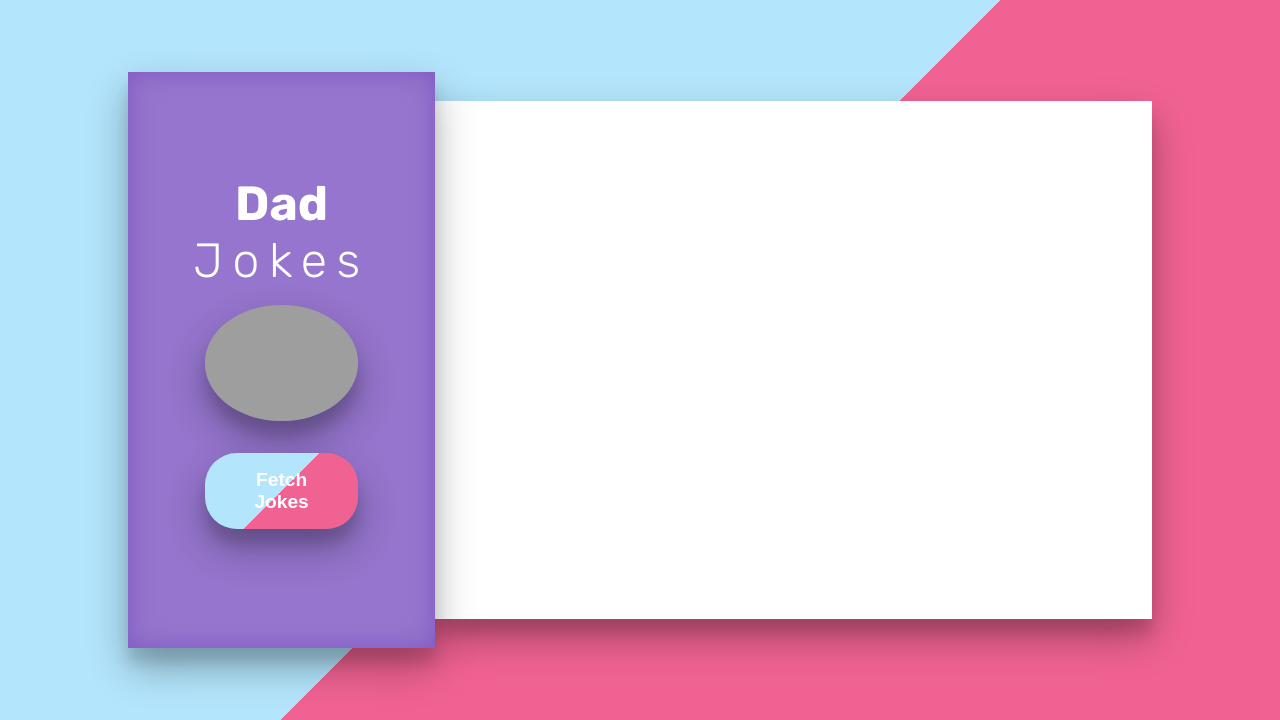
Repository: zhapar/dad-jokes
Page: /
The author's editor kept a copy of each file at every save. The page is drawn from the files as they stood at one save, then again after the next save.
The browser window is 1280 px wide. The pictures show the whole page.
The pointer rests on the first visible `.JokeList-sidebar img`.
Pictures or frames that could not be fetched are drawn as grey boxes. The page's requests for data from a server got no answer. The project was rebuilt for these pictures with package versions that can differ from the ones it lists, and the page was loaded fresh each time. No one was signed in, and anything a server would have sent is missing. Also part of the build but not shown: src/Joke.css, src/Joke.js.

Above is the page before, as saved 2020-08-30 16:00:18.

### src/App.js
import React from "react";
import JokeList from "./JokeList";
import "./App.css";

function App() {
  return (
    <div className="App">
      <JokeList />
    </div>
  );
}

export default App;

### src/JokeList.js
import React, { Component } from "react";
import Joke from "./Joke";
import axios from "axios";
import { v4 as uuid } from "uuid";
import "./JokeList.css";

class JokeList extends Component {
  static defaultProps = {
    numJokesToGet: 10,
  };

  constructor(props) {
    super(props);
    this.state = {
      loading: false,
      jokes: JSON.parse(window.localStorage.getItem("jokes") || "[]"),
    };
    this.seenJokes = new Set(this.state.jokes.map((j) => j.text));
    this.handleClick = this.handleClick.bind(this);
  }

  componentDidMount() {
    if (this.state.jokes.length === 0) {
      this.getJokes();
    }
  }

  async getJokes() {
    try {
      let jokes = [];
      while (jokes.length < this.props.numJokesToGet) {
        let res = await axios.get("https://icanhazdadjoke.com/", {
          headers: { Accept: "application/json" },
        });
        const newJoke = res.data.joke;
        if (!this.seenJokes.has(newJoke)) {
          jokes.push({ id: uuid(), text: newJoke, votes: 0 });
        } else {
          console.log(`It's duplicate: ${newJoke}`);
        }
      }
      this.setState(
        (st) => ({
          loading: false,
          jokes: [...st.jokes, ...jokes],
        }),
        () => {
          window.localStorage.setItem(
            "jokes",
            JSON.stringify(this.state.jokes)
          );
        }
      );
    } catch (e) {
      alert(e);
    }
  }

  handleVote(id, delta) {
    this.setState(
      (st) => ({
        jokes: st.jokes.map((j) =>
          j.id === id ? { ...j, votes: j.votes + delta } : j
        ),
      }),
      () => {
        window.localStorage.setItem("jokes", JSON.stringify(this.state.jokes));
      }
    );
  }

  handleClick() {
    this.setState({ loading: true }, this.getJokes);
  }

  render() {
    if (this.state.loading) {
      return (
        <div className="JokeList-spinner">
          <i className="far fa-laugh fa-8x fa-spin"></i>
          <h1 className="JokeList-title">Loading...</h1>
        </div>
      );
    }
    let jokes = this.state.jokes.sort((a, b) => b.votes - a.votes);
    return (
      <div className="JokeList">
        <div className="JokeList-sidebar">
          <h1 className="JokeList-title">
            <span>Dad</span> Jokes
          </h1>
          <img
            src="https://assets.dryicons.com/uploads/icon/svg/8927/0eb14c71-38f2-433a-bfc8-23d9c99b3647.svg"
            alt="Smiling"
          />
          <button className="JokeList-getmore" onClick={this.handleClick}>
            Fetch Jokes
          </button>
        </div>
        <div className="JokeList-jokes">
          {jokes.map((j) => (
            <Joke
              key={j.id}
              text={j.text}
              votes={j.votes}
              upvote={() => this.handleVote(j.id, 1)}
              downvote={() => this.handleVote(j.id, -1)}
            />
          ))}
        </div>
      </div>
    );
  }
}

export default JokeList;

### src/App.css
@import url('https://fonts.googleapis.com/css2?family=Rubik:wght@300;400;700&display=swap');

.App {
  display: flex;
  justify-content: center;
  align-items: center;
  height: 100vh;
  font-family: 'Rubik', sans-serif;
  color: #78909c;
  background: linear-gradient(135deg,
      rgba(179, 229, 252, 1) 0%,
      rgba(179, 229, 252, 1) 50%,
      rgba(240, 98, 146, 1) 50%,
      rgba(240, 98, 146, 1) 100%);
}

### src/JokeList.css
.JokeList {
  display: flex;
  width: 80%;
  height: 80%;
}

.JokeList-sidebar {
  background-color: #9575cd;
  display: flex;
  flex-direction: column;
  justify-content: center;
  align-items: center;
  width: 30%;
  text-align: center;
  box-shadow: 0 19px 38px rgba(0, 0, 0, .3), 0 15px 12px rgba(0, 0, 0, .1), inset 0 0 25px #7e57c2;
  z-index: 1;
}

.JokeList-title {
  font-size: 3rem;
  margin: 1rem;
  color: #ffffff;
  font-weight: 300;
  letter-spacing: 0.6rem;
}

.JokeList-title span {
  font-weight: 700;
  letter-spacing: 0;
}

.JokeList-sidebar img {
  width: 50%;
  box-shadow: 0 19px 38px rgba(0, 0, 0, 0.3), 0 15px 12px rgba(0, 0, 0, 0.1);
  border-radius: 50%;
}

.JokeList-jokes {
  height: 90%;
  background: #ffffff;
  align-self: center;
  width: 70%;
  overflow-y: scroll;
  box-shadow: 0 19px 38px rgba(0, 0, 0, 0.3), 0 15px 12px rgba(0, 0, 0, 0.1);
}

.JokeList-spinner {
  color: #fff;
  text-align: center;
}

.JokeList-getmore {
  width: 50%;
  font-size: 1.2rem;
  margin: 2rem;
  padding: 1rem 2rem;
  border-radius: 2rem;
  word-spacing: 0.5rem;
  border: none;
  outline: none;
  color: #ffffff;
  cursor: pointer;
  transition: 0.8s cubic-bezier(0.2, 1, 0.2, 1);
  font-weight: 700;
  box-shadow: 0 19px 38px rgba(0, 0, 0, 0.3), 0 15px 12px rgba(0, 0, 0, 0.1);
  background: linear-gradient(135deg,
      rgba(179, 229, 252, 1) 0%,
      rgba(179, 229, 252, 1) 50%,
      rgba(240, 98, 146, 1) 50%,
      rgba(240, 98, 146, 1) 100%);
}

.JokeList-getmore:hover {
  box-shadow: 0 15px 30px rgba(0, 0, 0, 0.25);
  transform: translateY(-2px);
}

@keyframes shake-slow {
  0% {
    transform: translate(0px, 0px) rotate(0deg);
  }

  2% {
    transform: translate(5px, -6px) rotate(3.5deg);
  }

  4% {
    transform: translate(1px, -4px) rotate(2.5deg);
  }

  6% {
    transform: translate(-4px, -6px) rotate(0.5deg);
  }

  8% {
    transform: translate(2px, -9px) rotate(-0.5deg);
  }

  10% {
    transform: translate(5px, -5px) rotate(0.5deg);
  }

  12% {
    transform: translate(6px, 1px) rotate(0.5deg);
  }

  14% {
    transform: translate(5px, 2px) rotate(-1.5deg);
  }

  16% {
    transform: translate(8px, -6px) rotate(-0.5deg);
  }

  18% {
    transform: translate(-6px, -6px) rotate(3.5deg);
  }

  20% {
    transform: translate(-8px, 7px) rotate(-1.5deg);
  }

  22% {
    transform: translate(3px, 9px) rotate(1.5deg);
  }

  24% {
    transform: translate(-7px, 6px) rotate(3.5deg);
  }

  26% {
    transform: translate(9px, -5px) rotate(1.5deg);
  }

  28% {
    transform: translate(10px, 1px) rotate(-1.5deg);
  }

  30% {
    transform: translate(-8px, 5px) rotate(3.5deg);
  }

  32% {
    transform: translate(-9px, 5px) rotate(-1.5deg);
  }

  34% {
    transform: translate(-6px, 8px) rotate(0.5deg);
  }

  36% {
    transform: translate(6px, -2px) rotate(0.5deg);
  }

  38% {
    transform: translate(3px, 3px) rotate(3.5deg);
  }

  40% {
    transform: translate(6px, 10px) rotate(-1.5deg);
  }

  42% {
    transform: translate(2px, -2px) rotate(1.5deg);
  }

  44% {
    transform: translate(-6px, 8px) rotate(-0.5deg);
  }

  46% {
    transform: translate(-5px, 9px) rotate(-2.5deg);
  }

  48% {
    transform: translate(-4px, 2px) rotate(3.5deg);
  }

  50% {
    transform: translate(-9px, -3px) rotate(-1.5deg);
  }

  52% {
    transform: translate(3px, -2px) rotate(1.5deg);
  }

  54% {
    transform: translate(10px, 8px) rotate(3.5deg);
  }

  56% {
    transform: translate(7px, 8px) rotate(0.5deg);
  }

  58% {
    transform: translate(-4px, -3px) rotate(-0.5deg);
  }

  60% {
    transform: translate(9px, -4px) rotate(-1.5deg);
  }

  62% {
    transform: translate(-8px, -6px) rotate(1.5deg);
  }

  64% {
    transform: translate(-1px, -2px) rotate(3.5deg);
  }

  66% {
    transform: translate(0px, -8px) rotate(0.5deg);
  }

  68% {
    transform: translate(8px, -7px) rotate(0.5deg);
  }

  70% {
    transform: translate(3px, 4px) rotate(1.5deg);
  }

  72% {
    transform: translate(3px, 2px) rotate(1.5deg);
  }

  74% {
    transform: translate(-5px, -9px) rotate(0.5deg);
  }

  76% {
    transform: translate(1px, -8px) rotate(2.5deg);
  }

  78% {
    transform: translate(3px, 7px) rotate(-1.5deg);
  }

  80% {
    transform: translate(-9px, -4px) rotate(0.5deg);
  }

  82% {
    transform: translate(0px, -4px) rotate(-2.5deg);
  }

  84% {
    transform: translate(-7px, -3px) rotate(0.5deg);
  }

  86% {
    transform: translate(-8px, 6px) rotate(-1.5deg);
  }

  88% {
    transform: translate(3px, 4px) rotate(2.5deg);
  }

  90% {
    transform: translate(5px, 7px) rotate(2.5deg);
  }

  92% {
    transform: translate(2px, -8px) rotate(-2.5deg);
  }

  94% {
    transform: translate(-1px, -2px) rotate(-1.5deg);
  }

  96% {
    transform: translate(-4px, 10px) rotate(-1.5deg);
  }

  98% {
    transform: translate(10px, -9px) rotate(2.5deg);
  }
}

Loaded but not shown: src/index.js (common file); src/index.css (common file); src/serviceWorker.js (common file)

After the next save:
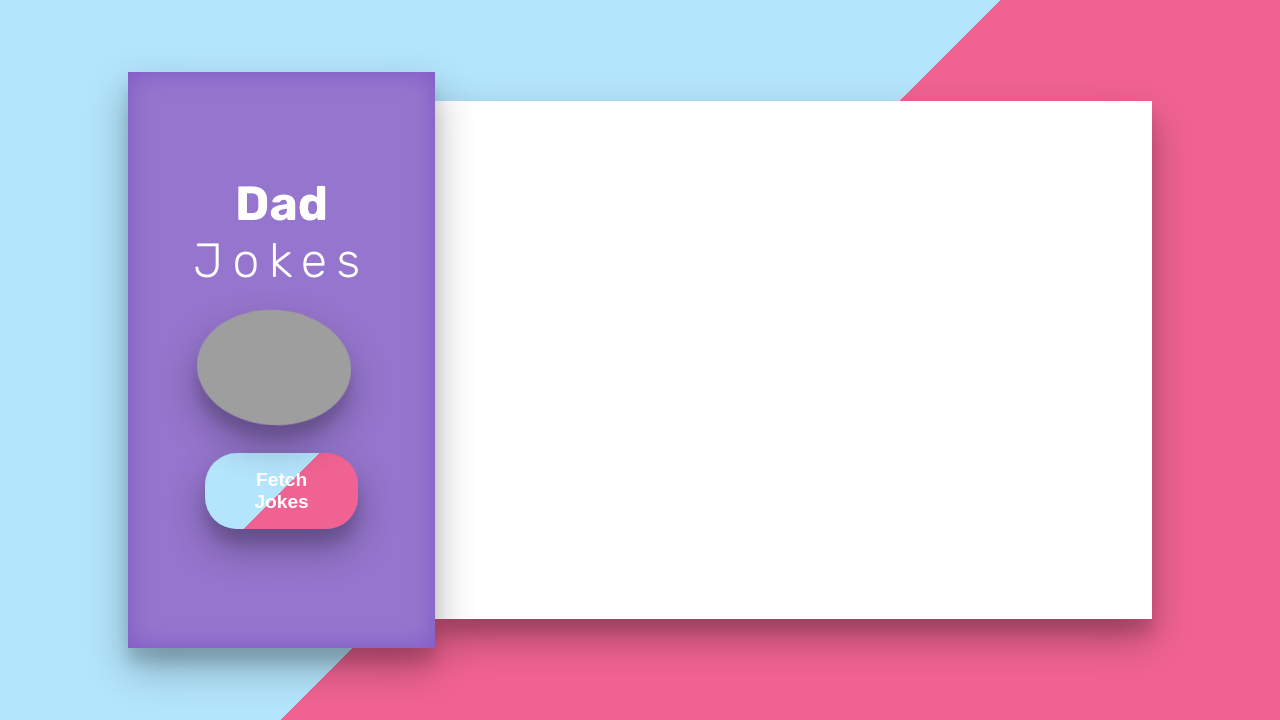
Saved 96 s later.
--- a/src/JokeList.css
+++ b/src/JokeList.css
@@ -33,6 +33,13 @@
   width: 50%;
   box-shadow: 0 19px 38px rgba(0, 0, 0, 0.3), 0 15px 12px rgba(0, 0, 0, 0.1);
   border-radius: 50%;
+}
+
+.JokeList-sidebar img:hover {
+  animation-name: shake-slow;
+  animation-duration: 5s;
+  animation-timing-function: ease-in-out;
+  animation-delay: 0s;
 }
 
 .JokeList-jokes {
